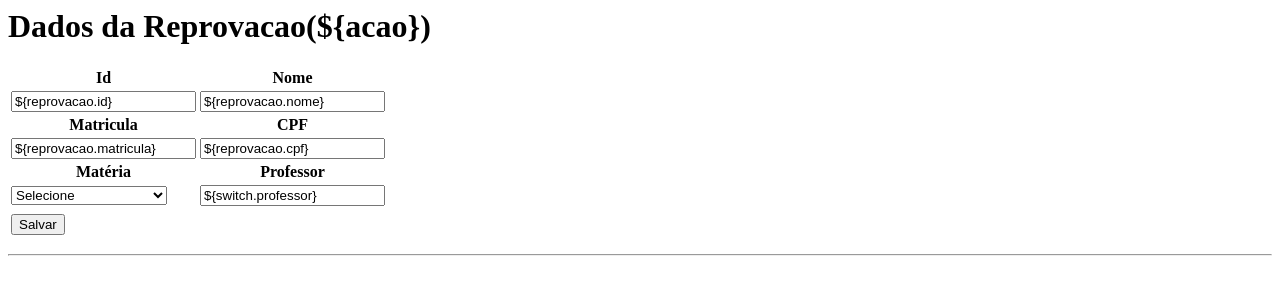
Repository: WilliamEstrela/trabalho1VA-PROG4
Page: CRUDLanManagerV5/WebContent/manterreprovacao/editform.html
An editor plug-in stored every save of this project. The page is shown before and after the next save, followed by the edit.
The browser window is 1280 px wide. The pictures show the whole page.

Above is the page before, as saved 2019-09-05 22:35:54.

### CRUDLanManagerV5/WebContent/manterreprovacao/editform.html
<h1>Dados da Reprovacao(${acao})</h1>
<form action="sistema" method="post">
<input type="hidden" name="casoDeUso" value="manterReprovacao">
<input type="hidden" name="acao" value="${acao}">
<table>
<tr>
	<th>Id</th>
	<th>Nome</th>
</tr>
<tr>
	<td><input type="text" name="idswitch" value="${reprovacao.id}"></td>
	<td><input type="text" name="nome" value="${reprovacao.nome}"></td>
</tr>
<tr>
	<th>Matricula</th>
	<th>CPF</th>
</tr>
<tr>
	<td><input type="text" name="localizacao" value="${reprovacao.matricula}"></td>
	<td><input type="text" name="observacao" value="${reprovacao.cpf}"></td>
</tr>
<tr>
	<th>Matéria</th>
	<th>Professor</th>
</tr>
<tr>
	<td>
		<select name="tipo_idtipo">
		    <option value="">Selecione</option>
			<!-- $beginBlock estrangeiro.tipo -->
			<option value="${estrangeiro.tipo.idtipo}" ${estrangeiro.tipo.selected}>${estrangeiro.tipo.tipo}</option>
			<!-- $endBlock estrangeiro.tipo -->
		</select>
	</td>
	<td><input type="text" name="observacao" value="${switch.professor}"></td>
</tr>
<tr>
	<td>

	</td>
</tr>
<tr>
	<td colspan="2"><input type="submit" value="Salvar"></td>
</table>
</form>
<hr>
<!-- $include ../geral/mensagemPadrao.html -->

After the next save:
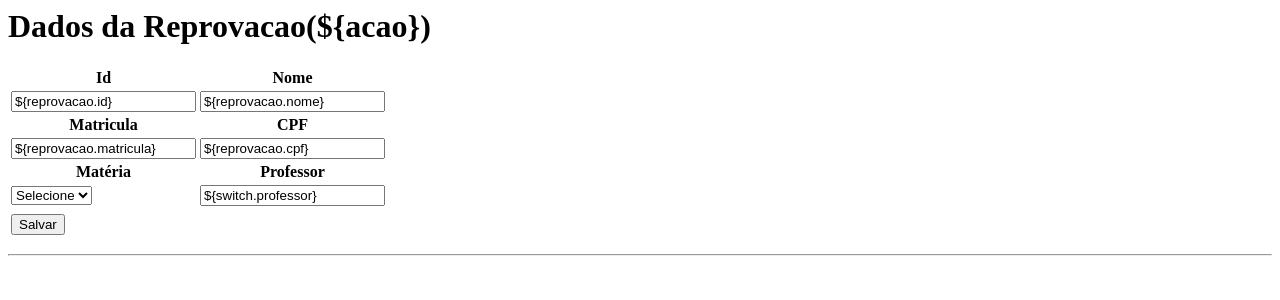
Saved 15 s later.
--- a/CRUDLanManagerV5/WebContent/manterreprovacao/editform.html
+++ b/CRUDLanManagerV5/WebContent/manterreprovacao/editform.html
@@ -28,7 +28,7 @@
 		<select name="tipo_idtipo">
 		    <option value="">Selecione</option>
 			<!-- $beginBlock estrangeiro.tipo -->
-			<option value="${estrangeiro.tipo.idtipo}" ${estrangeiro.tipo.selected}>${estrangeiro.tipo.tipo}</option>
+			<option>dsad</option>
 			<!-- $endBlock estrangeiro.tipo -->
 		</select>
 	</td>

After the save that followed:
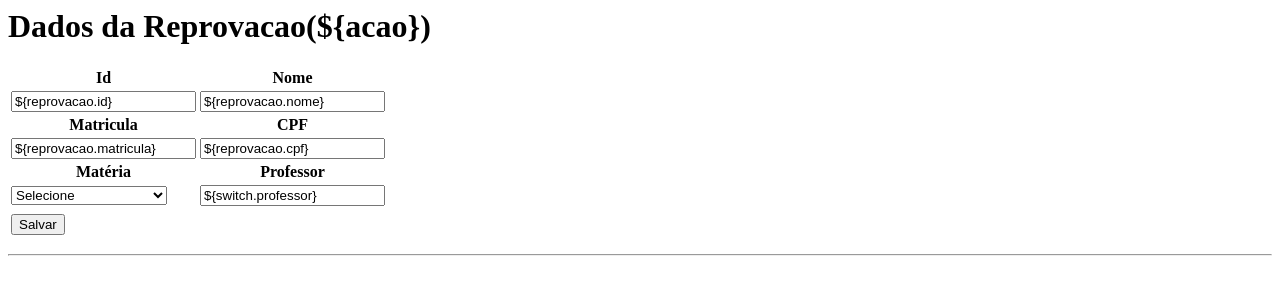
Saved 20 s later.
--- a/CRUDLanManagerV5/WebContent/manterreprovacao/editform.html
+++ b/CRUDLanManagerV5/WebContent/manterreprovacao/editform.html
@@ -28,7 +28,7 @@
 		<select name="tipo_idtipo">
 		    <option value="">Selecione</option>
 			<!-- $beginBlock estrangeiro.tipo -->
-			<option>dsad</option>
+			<option value="${estrangeiro.tipo.idtipo}" ${estrangeiro.tipo.selected}>${estrangeiro.tipo.tipo}</option>
 			<!-- $endBlock estrangeiro.tipo -->
 		</select>
 	</td>
